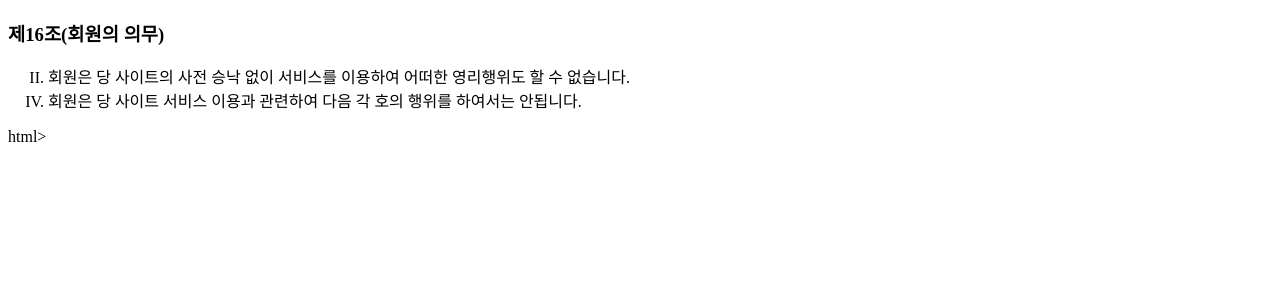
Repository: ChoiDh05/study-html
Page: day01/src/main/webapp/list-task.html
The author's editor kept a copy of each file at every save. The page is drawn from the files as they stood at one save, then again after the next save.
The browser window is 1280 px wide. The pictures show the whole page.

Above is the page before, as saved 2024-08-05 07:17:57.

After the next save:
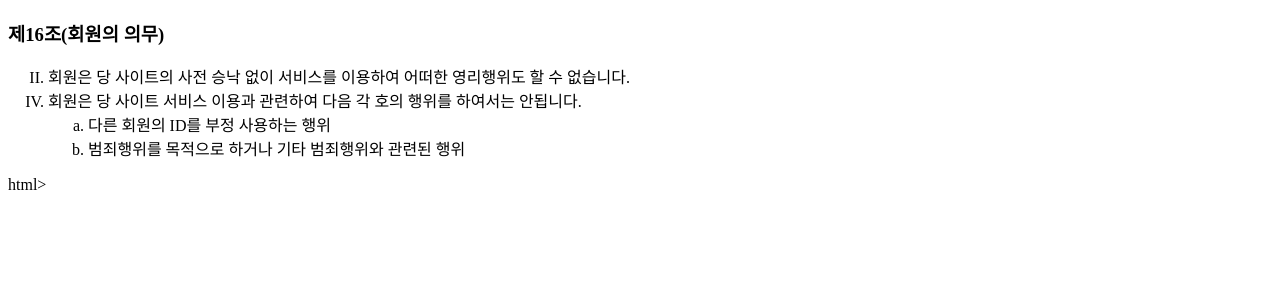
Saved 74 s later.
--- a/day01/src/main/webapp/list-task.html
+++ b/day01/src/main/webapp/list-task.html
@@ -15,7 +15,12 @@
 	<h3>제16조(회원의 의무)</h3>
 	<ol type=I>
 		<li value="2">회원은 당 사이트의 사전 승낙 없이 서비스를 이용하여 어떠한 영리행위도 할 수 없습니다.</li>
-		<li value="4">회원은 당 사이트 서비스 이용과 관련하여 다음 각 호의 행위를 하여서는 안됩니다.</li>
+		<li value="4">회원은 당 사이트 서비스 이용과 관련하여 다음 각 호의 행위를 하여서는 안됩니다.
+			<ol type=a>
+				<li>다른 회원의 ID를 부정 사용하는 행위</li>
+				<li>범죄행위를 목적으로 하거나 기타 범죄행위와 관련된 행위</li>
+			</ol>
+		</li>
 	</ol>
 </body>
 </html>html>
